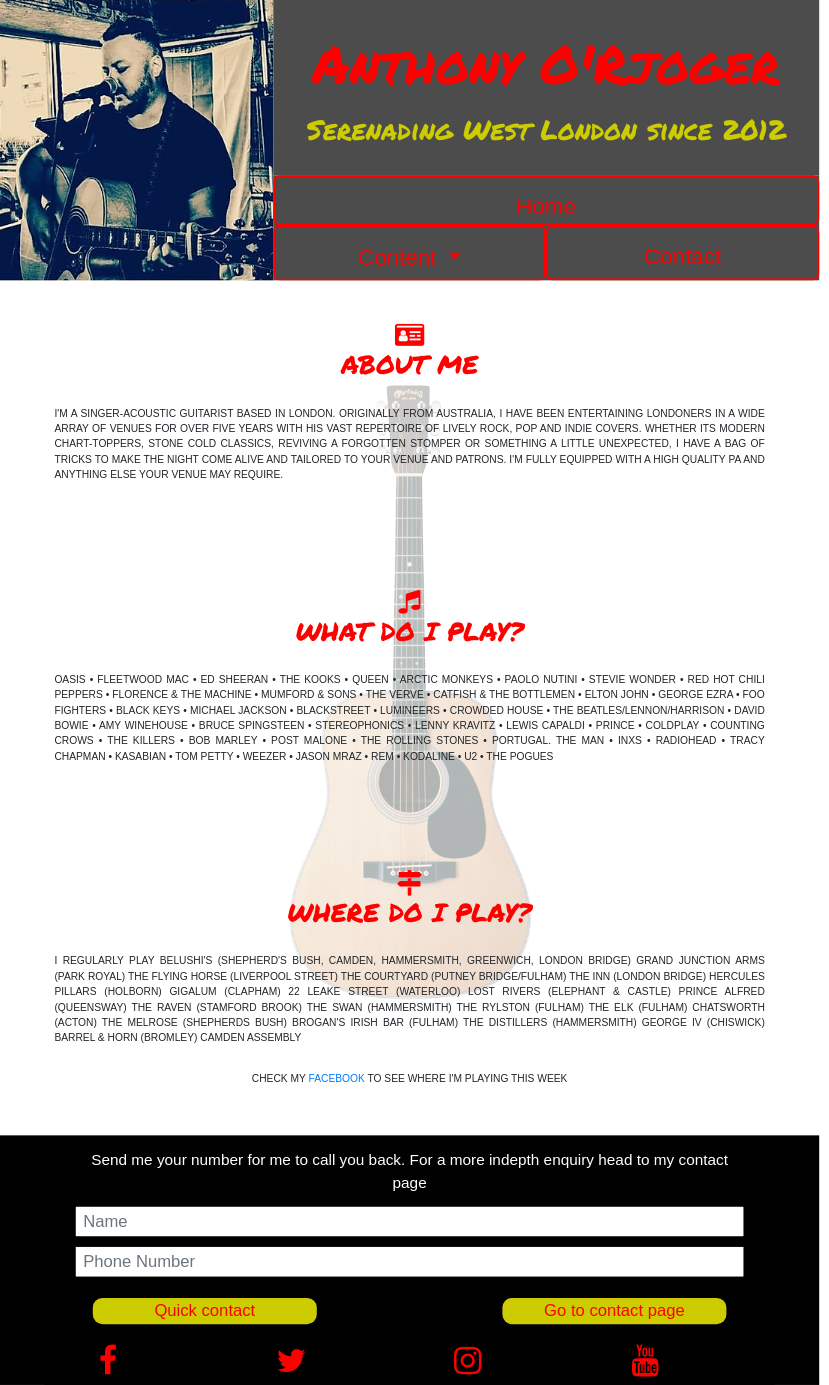
Repository: SimonGeorgeNZ/milestone_1
Page: index.html
The author's editor kept a record of every edit. The page is drawn from the files as they stood at one moment, then again after the next edit.
The browser window is 1280 px wide. The page is 1295 px wide, so the pictures cover 1295 px, including what lies to the right of the window. The pictures show the whole page, at 64% of full size.
Some web fonts or font styles are not loaded; a fallback is used. Some web libraries are served in a nearby version.

Above is the page before.

After the next edit:
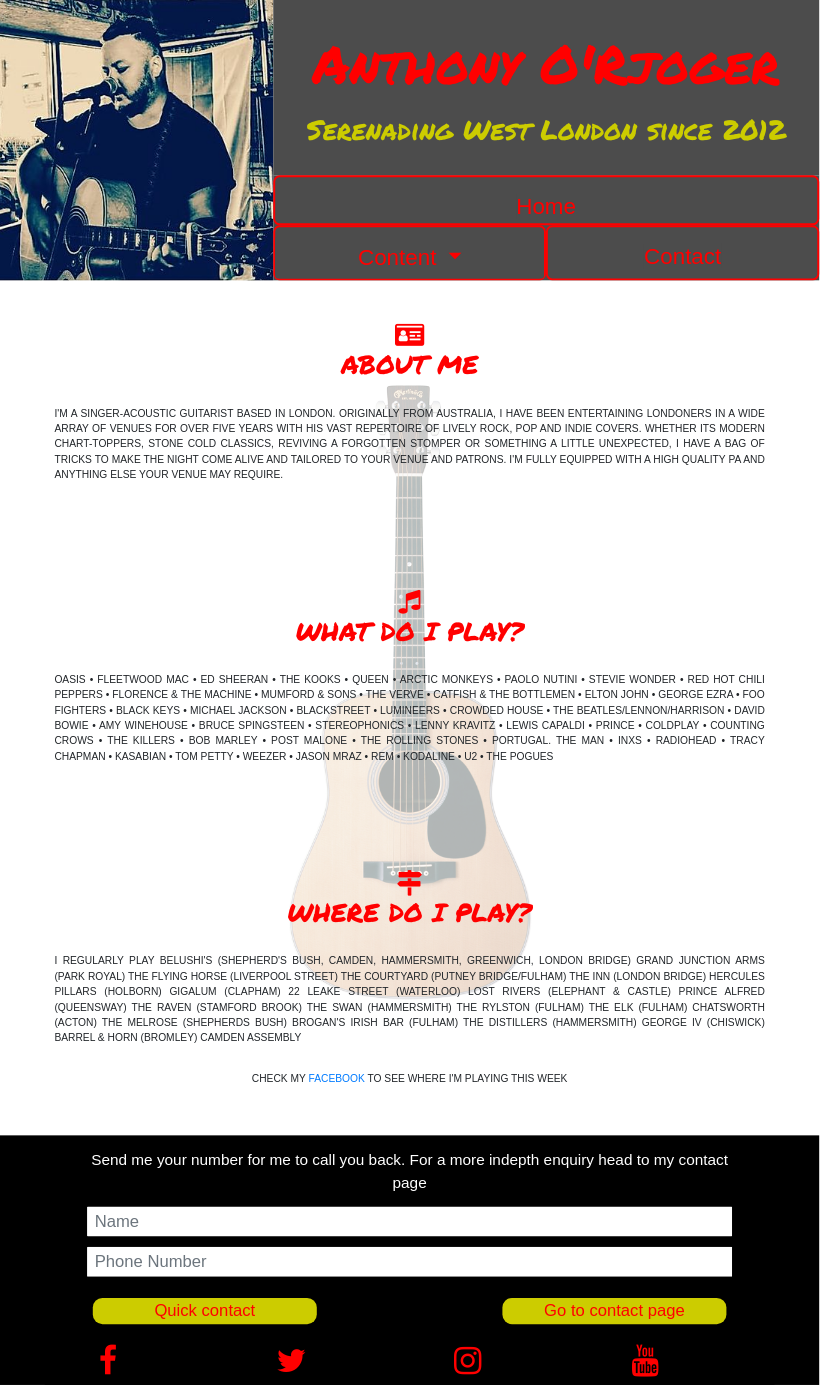
The edit:
--- a/assets/css/style.css
+++ b/assets/css/style.css
@@ -309,7 +309,6 @@
 
 /*------------------Footer------*/
 
-
 .submit {
     font-family: 'Alatsi', sans-serif;
     font-size: 26px;
@@ -335,9 +334,14 @@
 
 .contact {
     padding: 10px;
-    margin-left: 45px;
-    margin-right: 45px;
-
+    margin-left: 54px;
+    margin-right: 54px;
+}
+
+.contactmobile {
+    padding: 10px;
+    margin-left: 54px;
+    margin-right: 54px;
 }
 
 #fullname {
